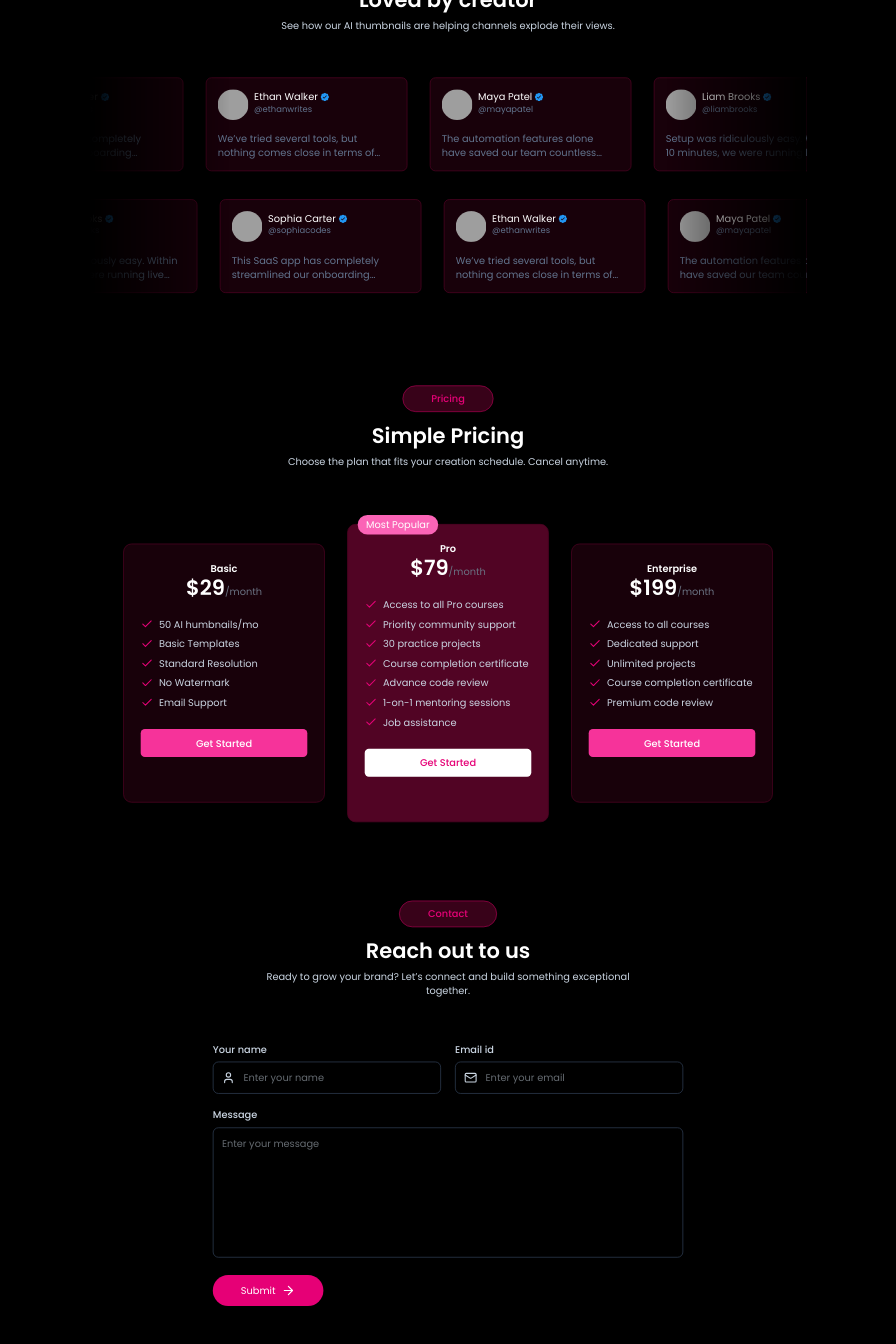
Repository: abhiraj33181/Thumblify
Page: / (app in client/)
These files come from the project's save history. The page is drawn as it stood at one moment and after the next save; the edit follows.
The browser window is 1280 px wide. The pictures show the part of the page from y = 2782 to 4702 px (the page is 5382 px tall), at 70% of full size.
Pictures or frames that could not be fetched are drawn as grey boxes. The project was rebuilt for these pictures with package versions that can differ from the ones it lists, and the page was loaded fresh each time. Also part of the build but not shown: client/vite.config.ts.

Above is the page before, as saved 2026-01-08 09:49:37.

After the next save:
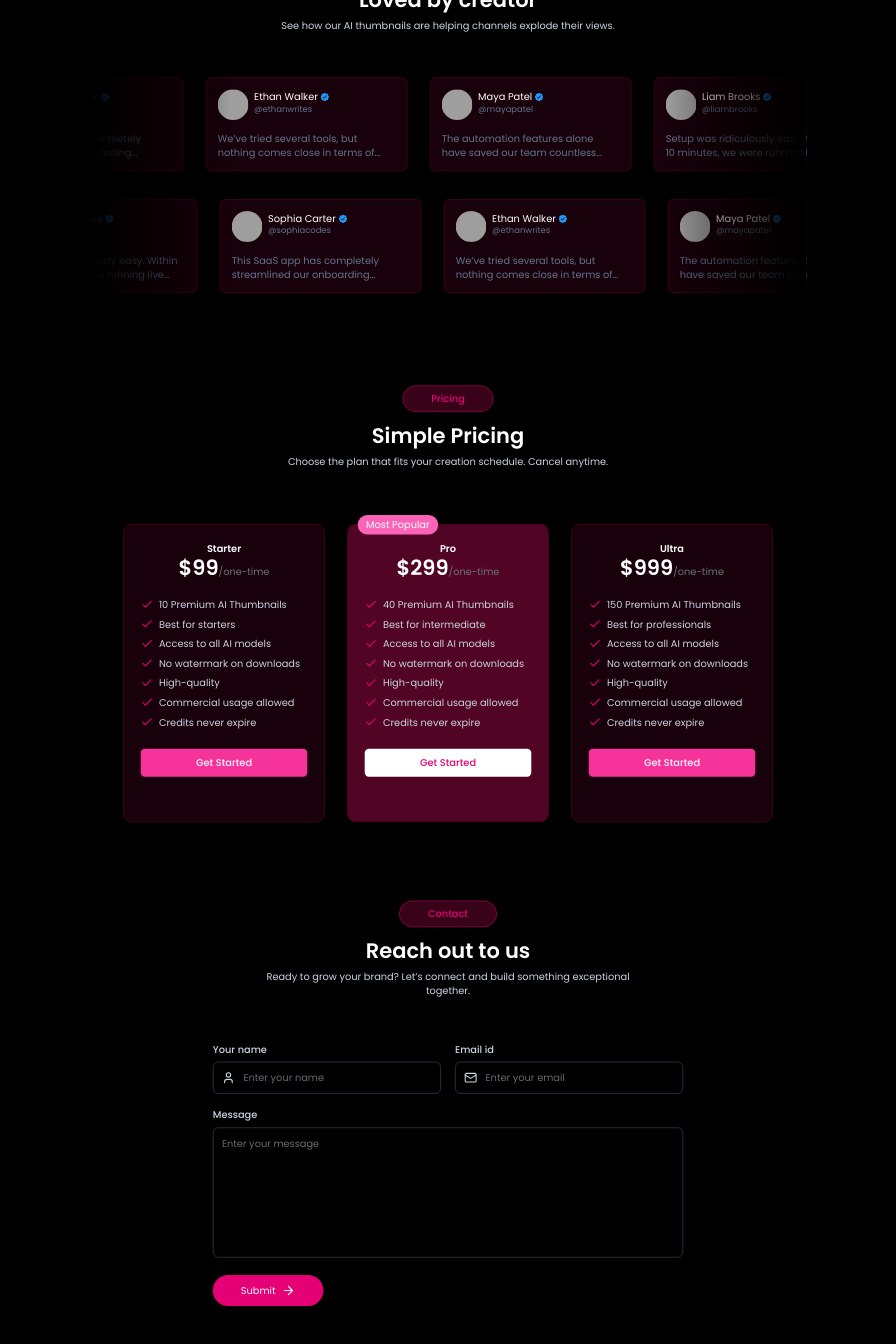
Saved 7 min 45 s later.
--- a/client/src/data/pricing.ts
+++ b/client/src/data/pricing.ts
@@ -2,43 +2,50 @@ import type { IPricing } from "../types";
 
 export const pricingData: IPricing[] = [
     {
-        name: "Basic",
-        price: 29,
-        period: "month",
+        name: "Starter",
+        price: 99,
+        period: "one-time",
+        credits: 100,
         features: [
-            "50 AI humbnails/mo",
-            "Basic Templates",
-            "Standard Resolution",
-            "No Watermark",
-            "Email Support"
+            "10 Premium AI Thumbnails",
+            "Best for starters",
+            "Access to all AI models",
+            "No watermark on downloads",
+            "High-quality",
+            "Commercial usage allowed",
+            "Credits never expire"
         ],
         mostPopular: false
     },
     {
         name: "Pro",
-        price: 79,
-        period: "month",
+        price: 299,
+        period: "one-time",
+        credits: 400,
         features: [
-            "Access to all Pro courses",
-            "Priority community support",
-            "30 practice projects",
-            "Course completion certificate",
-            "Advance code review",
-            "1-on-1 mentoring sessions",
-            "Job assistance"
+            "40 Premium AI Thumbnails",
+            "Best for intermediate",
+            "Access to all AI models",
+            "No watermark on downloads",
+            "High-quality",
+            "Commercial usage allowed",
+            "Credits never expire"
         ],
         mostPopular: true
     },
     {
-        name: "Enterprise",
-        price: 199,
-        period: "month",
+        name: "Ultra",
+        price: 999,
+        period: "one-time",
+        credits: 1500,
         features: [
-            "Access to all courses",
-            "Dedicated support",
-            "Unlimited projects",
-            "Course completion certificate",
-            "Premium code review"
+            "150 Premium AI Thumbnails",
+            "Best for professionals",
+            "Access to all AI models",
+            "No watermark on downloads",
+            "High-quality",
+            "Commercial usage allowed",
+            "Credits never expire"
         ],
         mostPopular: false
     }
